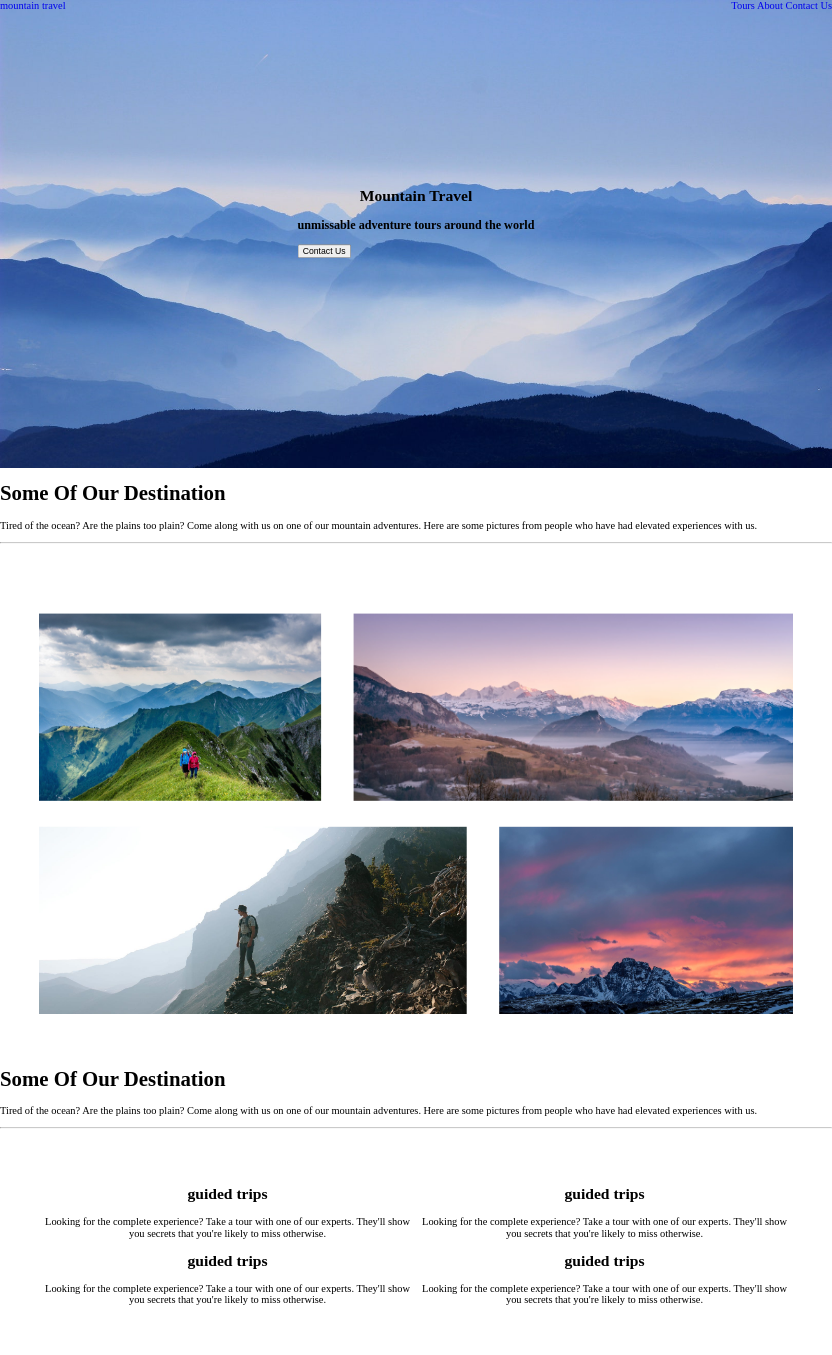
Repository: Einsteiniumeinsteinian/Advanced-CSS
Page: css-project-starter-code/index.html
The author's editor kept a copy of each file at every save. The page is drawn from the files as they stood at one save, then again after the next save.
The browser window is 1280 px wide. The pictures show the whole page, at 65% of full size.

Above is the page before, as saved 2021-08-15 19:21:48.

After the next save:
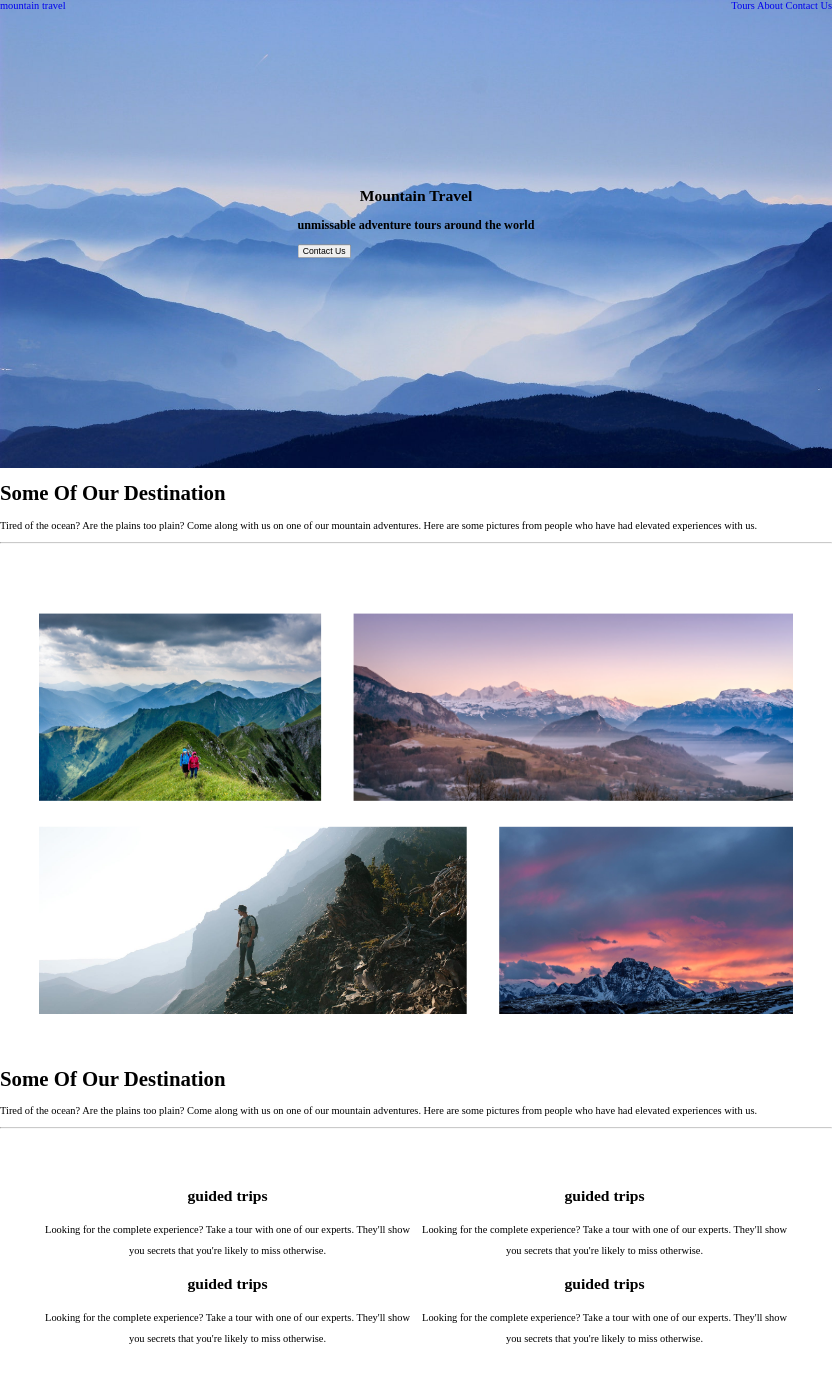
Saved 5 s later.
--- a/css-project-starter-code/assets/css/styles.css
+++ b/css-project-starter-code/assets/css/styles.css
@@ -65,5 +65,5 @@ flex-grow: 1;
 }
 .package{
     text-align: center;
-    line-height: ;
+    line-height: 2em;
 }
